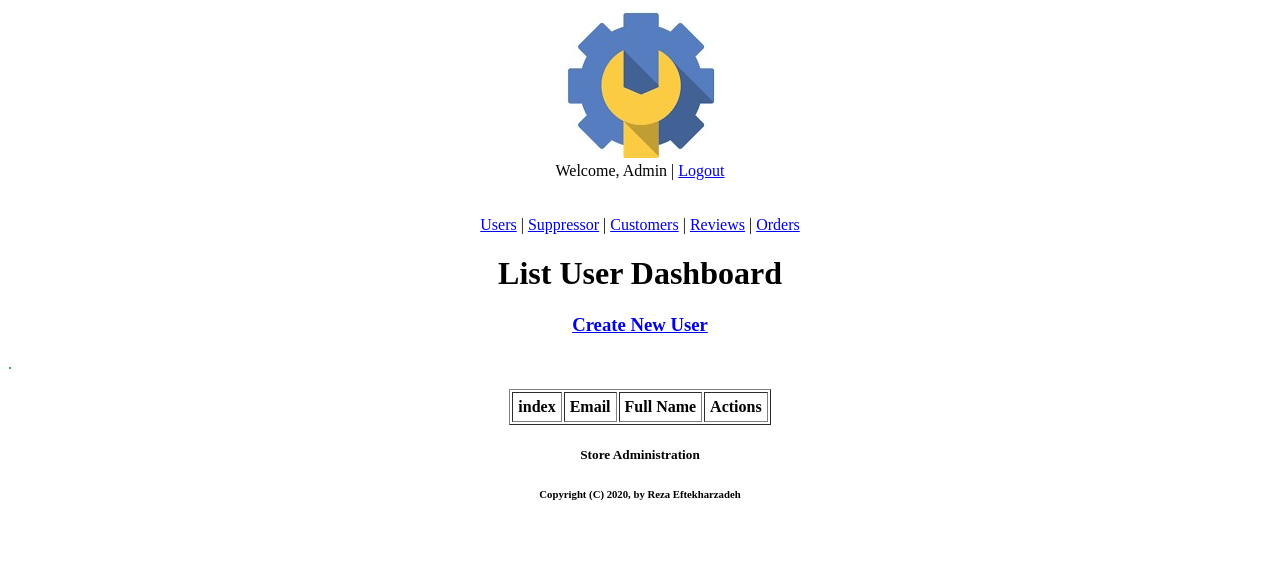
Repository: RezaEftekharzadeh/frey
Page: http://localhost/SilencerStoreProject/admin/user_list.jsp
The author's editor kept a copy of each file at every save. The page is drawn from the files as they stood at one save, then again after the next save.
The browser window is 1280 px wide. The pictures show the whole page.
The page is served by Tomcat 9. Nobody is signed in. The application's start-up code is not run. Other server files are loaded and not shown.

Above is the page before, as saved 2020-07-18 22:13:37.

### SilencerStoreProject/WebContent/admin/user_list.jsp
<%@ page language="java" contentType="text/html; charset=ISO-8859-1"
    pageEncoding="ISO-8859-1"%>
    <%@ taglib prefix="c" uri="http://java.sun.com/jsp/jstl/core" %>
<!DOCTYPE html>
<html>
<head>
 <!-- <link rel="stylesheet" href="https://stackpath.bootstrapcdn.com/bootstrap/4.3.1/css/bootstrap.min.css" integrity="sha384-ggOyR0iXCbMQv3Xipma34MD+dH/1fQ784/j6cY/iJTQUOhcWr7x9JvoRxT2MZw1T" crossorigin="anonymous"> -->
<meta charset="ISO-8859-1">
<title>List Users page</title>
</head>
<body>
	<jsp:include page="header.jsp" />
	<div align="center">
	     <h1>List User Dashboard</h1>
	     <h3><a href="user_create.jsp">Create New User</a></h3>
    </div>

    <div>
    	<p style="color:green;">${message}.</p>
    </div>

	<div align="center">
		<table border="1" cellPadding="5">
			<tr>
				<th>index</th>
				<th>Email</th>
				<th>Full Name</th>
				<th>Actions</th>
			</tr>
			<c:forEach var="user" items="${listUser}" varStatus="status">
				<tr>
					<td>${status.index+1}</td>
					<td>${user.email}</td>
					<td>${user.fullName}</td>
					<td>
						<a href="">Edith</a>
						<a href="">Delete</a>
					</td>
				</tr>
			</c:forEach>

		</table>

	</div>


     <jsp:include page="footer.jsp" />
</body>
</html>

### SilencerStoreProject/WebContent/admin/header.jsp
<div align="center">

	<div >
		 <img src="../images/admin-page.jpg">
	</div>

	<div >
	  Welcome, Admin | <a href="logout">Logout</a>
	</div>
	<br><br>

	<div>
		<a href="list_users">Users</a> |
		<a href="suppressor">Suppressor</a> |
		<a href="customers">Customers</a> |
		<a href="reviews">Reviews</a> |
		<a href="orders">Orders</a>
	</div>
</div>

### SilencerStoreProject/WebContent/admin/footer.jsp

<div align="center">

 <h5>Store Administration</h5>
 <h6> Copyright (C) 2020, by Reza Eftekharzadeh</h6>



</div>

After the next save:
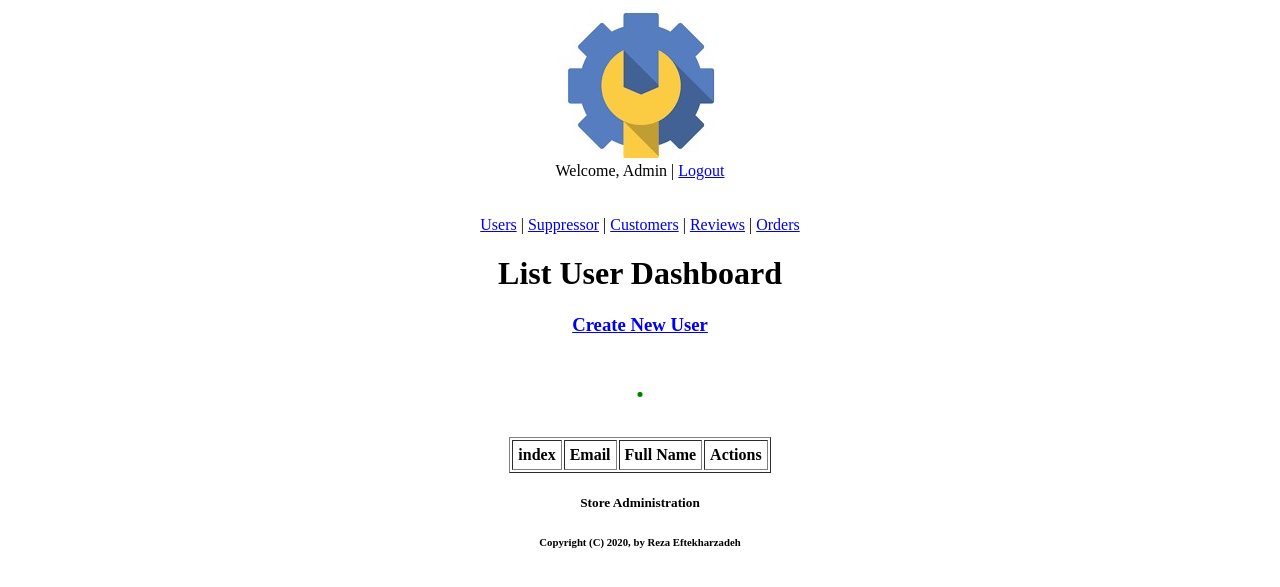
Saved 37 s later.
--- a/SilencerStoreProject/WebContent/admin/user_list.jsp
+++ b/SilencerStoreProject/WebContent/admin/user_list.jsp
@@ -15,8 +15,8 @@
 	     <h3><a href="user_create.jsp">Create New User</a></h3>
     </div>
 
-    <div>
-    	<p style="color:green;">${message}.</p>
+    <div align="center">
+    	<h1><p style="color:green;">${message}.</p></h1>
     </div>
 
 	<div align="center">
